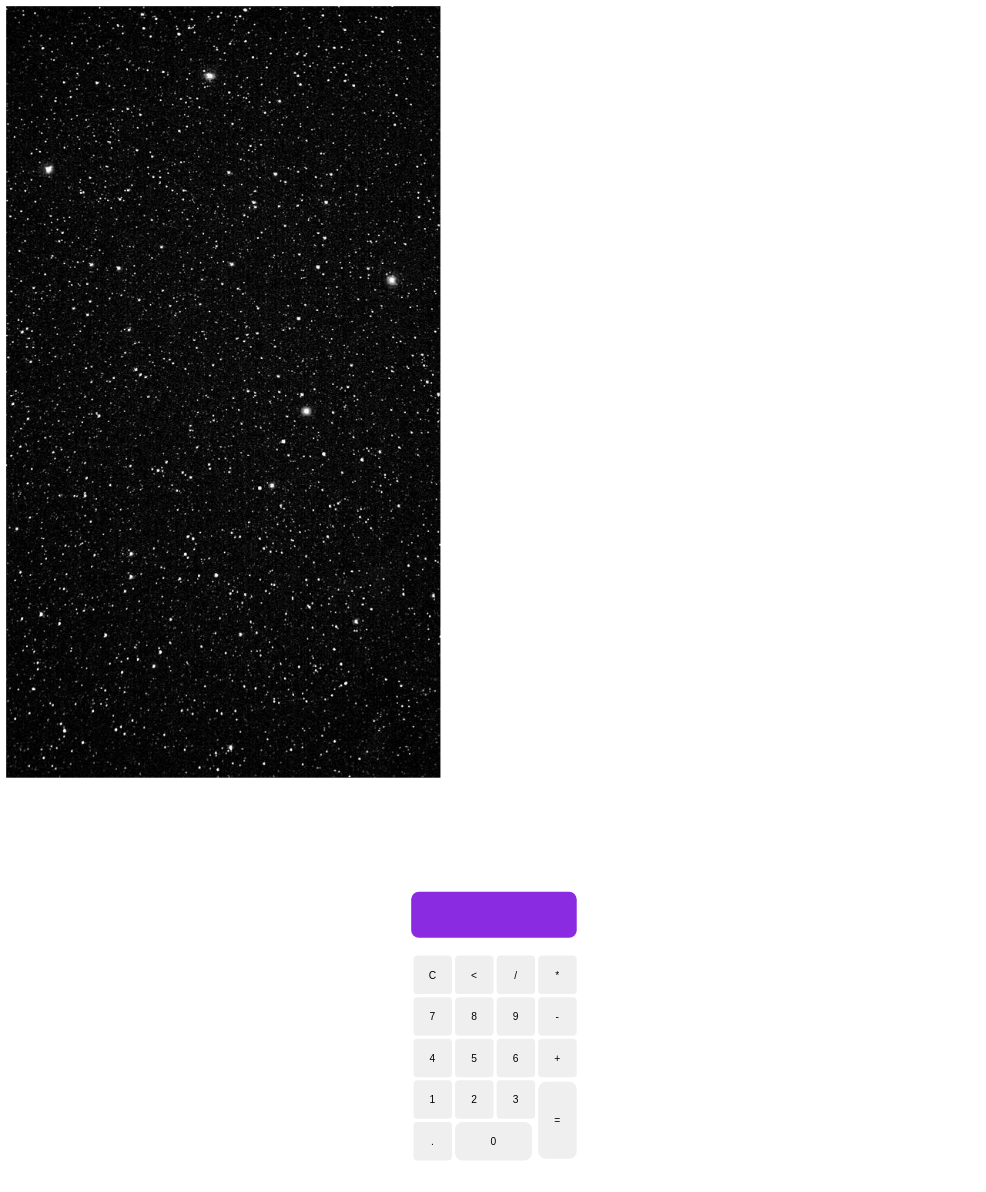
Repository: mariele-huff/calculadora
Page: index.html
The author's editor kept a copy of each file at every save. The page is drawn from the files as they stood at one save, then again after the next save.
The browser window is 1280 px wide. The pictures show the whole page, at 77% of full size.

Above is the page before, as saved 2022-08-14 12:38:36.

### index.html
<!DOCTYPE html>
<html lang="pt-br">

<head>
    <meta charset="UTF-8">
    <meta http-equiv="X-UA-Compatible" content="IE=edge">
    <meta name="viewport" content="width=device-width, initial-scale=1.0">
    <link rel="stylesheet" href="style.css">
    <script src="index.js">

    </script>
    <title>Calculadora</title>
</head>

<body>
    <img src="img/fundo.jpg" alt="">
    <div class="frase"></div>
    <div class="calculadora">
    </br>
        <div id="resultado"></div>
        <table>
            <tr>
                <td><button class="botao" onclick="limpar()">C</button></td>
                <td><button class="botao" onclick="voltar()"> < </button>
                </td>
                <td><button class="botao" onclick="acrescenta('/')">/</button></td>
                <td><button class="botao" onclick="acrescenta('*')">*</button></td>
            </tr>
            <tr>
                <td><button class="botao" onclick="acrescenta('7')">7</button></td>
                <td><button class="botao" onclick="acrescenta('8')">8</button></td>
                <td><button class="botao" onclick="acrescenta('9')">9</button></td>
                <td><button class="botao" onclick="acrescenta('-')">-</button></td>
            </tr>
            <tr>
                <td><button class="botao" onclick="acrescenta('4')">4</button></td>
                <td><button class="botao" onclick="acrescenta('5')">5</button></td>
                <td><button class="botao" onclick="acrescenta('6')">6</button></td>
                <td><button class="botao" button onclick="acrescenta('+'), calcular()" >+</button>
                </td>
            </tr>
            <tr>
                <td><button class="botao" onclick="acrescenta('1')">1</button></td>
                <td><button class="botao" onclick="acrescenta('2')">2</button></td>
                <td><button class="botao" onclick="acrescenta('3')">3</button></td>
                <td rowspan="2"><button class="botao2" onclick="calcular()">=</button></td>
            </tr>
            <tr>

                <td> <button class="botao" onclick="acrescenta('.')">.</button></td>
                <td colspan="2"><button class="botao1" onclick="acrescenta('0')">0</button></td>
            </tr>
        </table>
    </div>


</body>

</html>

### style.css
body {
    background-image: 'img/fundo.jpg';
}

.calculadora {
    margin-top: 10%;
    background-color: white;
    width: 250px;
    height: 400px;
    margin-left: 40%;
}

.botao {
    height: 50px;
    width: 50px;
    border-width: inherit;
    border-radius: 5px;
    text-align: center;
   }

.botao:hover {
    border-width: thin;
    border-color: blueviolet;

}

.botao1:hover {
    border-color: blueviolet;
    border-width: thin;
}

.botao2:hover {
    border-color: blueviolet;
    border-width: thin;
}

.botao1 {
    height: 50px;
    width: 100px;
    border-radius: 10px;
    border-width: inherit;

}

.botao2 {
    height: 100px;
    width: 50px;
    border-radius: 10px;
    border-width: inherit;

}

#resultado {
    background-color: blueviolet;
    height: 60px;
    width: 215px;
    border-radius: 10px;
    border-width: inherit;
    border-color: blueviolet;
    color: white;
    font-size: 50px;
    margin-left: 20px;
    text-align: right;


}

table {
    margin-left: 20px;
    margin-top: 20px;
}

### index.js

let acrescenta = (num) => {

    let numero = document.querySelector('#resultado').innerHTML
    document.querySelector('#resultado').innerHTML = numero + num

}

let limpar = () => {
    let resultado = document.querySelector('#resultado')
    resultado.innerHTML = " "
}

let voltar = () => {
    let resultado = document.querySelector('#resultado').innerHTML
    document.querySelector('#resultado').innerHTML = resultado.substring(0, resultado.length - 1)

}
let calcular = () => {

    let resultado = document.querySelector('#resultado').innerHTML
    if (resultado) {
        let aresult = document.querySelector('#resultado').innerHTML = eval(resultado)

    }
}

After the next save:
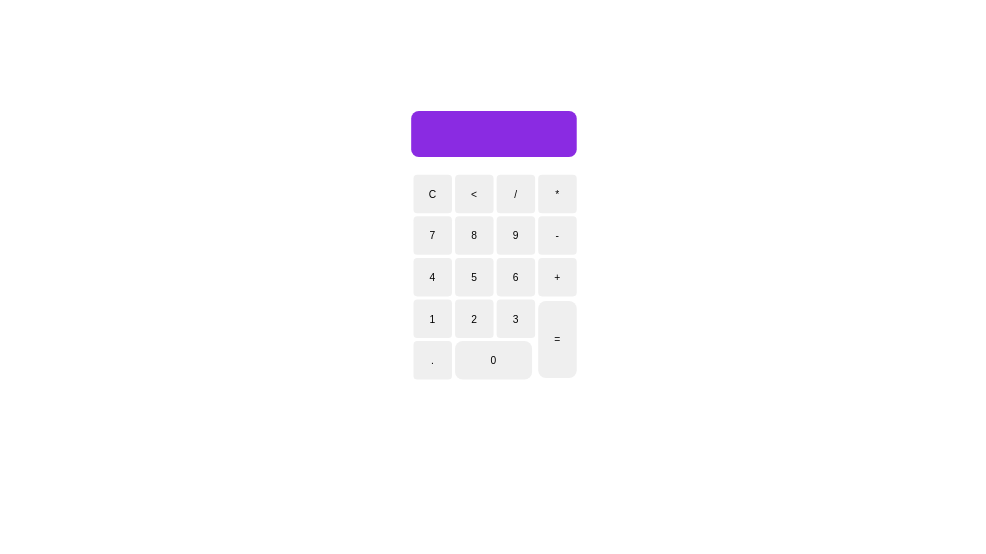
Saved 27 s later.
--- a/index.html
+++ b/index.html
@@ -13,7 +13,7 @@
 </head>
 
 <body>
-    <img src="img/fundo.jpg" alt="">
+
     <div class="frase"></div>
     <div class="calculadora">
     </br>
